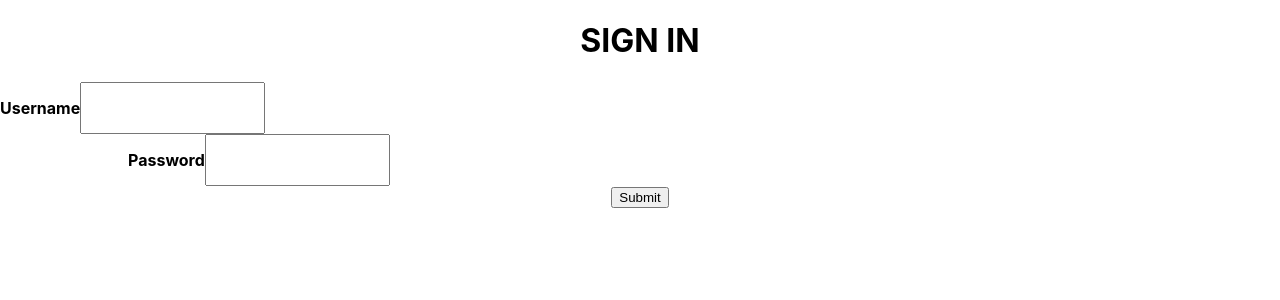
Repository: PreetiToppo/networking
Page: /
An editor plug-in stored every save of this project. The page is shown before and after the next save, followed by the edit.
The browser window is 1280 px wide. The pictures show the whole page.
The project was rebuilt for these pictures with package versions that can differ from the ones it lists, and the page was loaded fresh each time.

Above is the page before, as saved 2023-01-21 19:42:15.

After the next save:
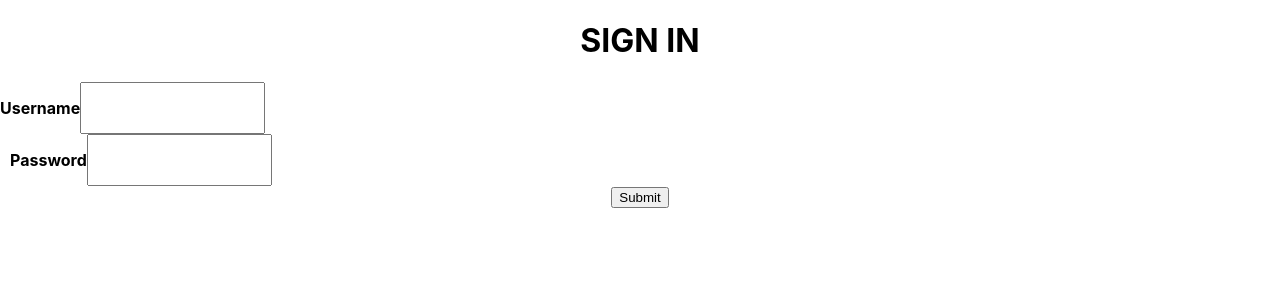
Saved 18 s later.
--- a/src/App.css
+++ b/src/App.css
@@ -8,7 +8,7 @@
 
 .pass {
   display: flex;
-  margin-left: 10%;
+  margin-left: 10px;
 }
 
 p{
